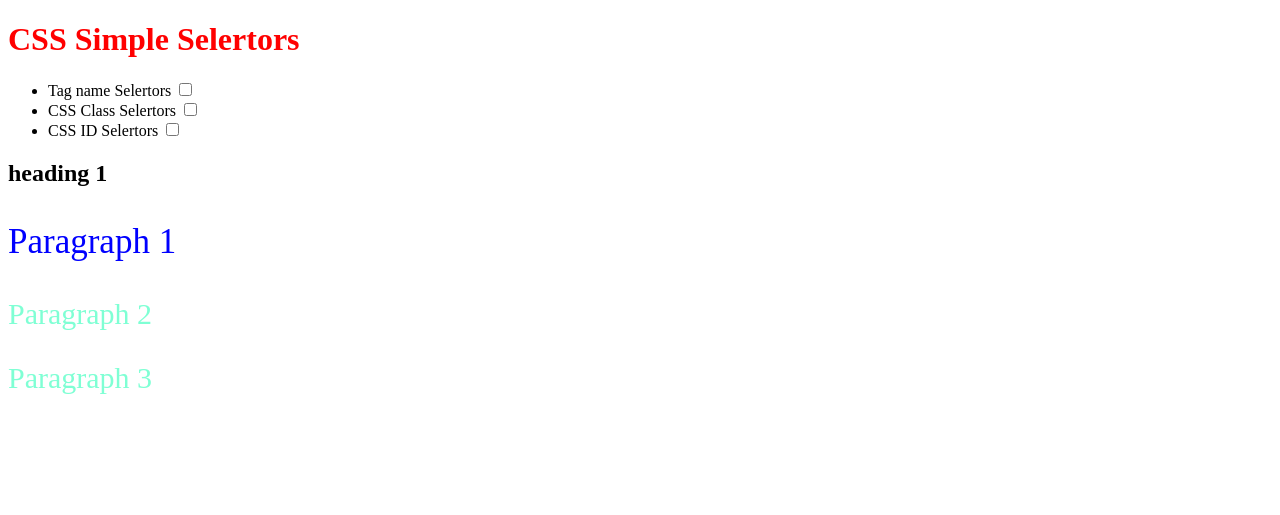
Repository: phanvu0103/HTML-CSS
Page: CSS_24_CSS-Selertors-là_gì/02_Simple_Selertors/index.html
These files come from the project's save history. The page is drawn as it stood at one moment and after the next save; the edit follows.
The browser window is 1280 px wide. The pictures show the whole page.

Above is the page before, as saved 2022-10-19 10:47:52.

After the next save:
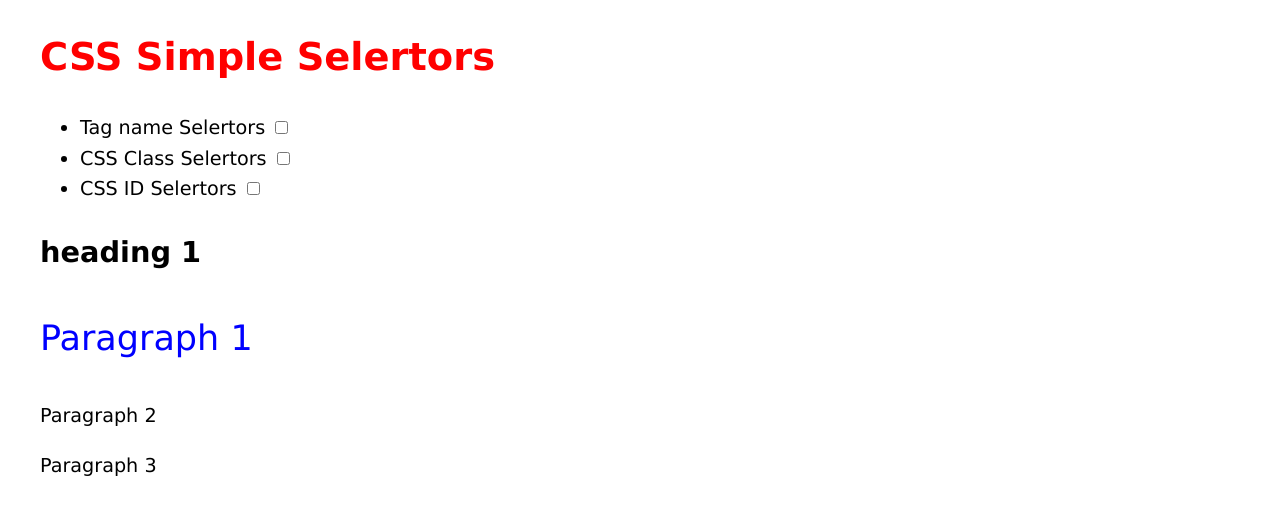
Saved 8 min 23 s later.
--- a/CSS_24_CSS-Selertors-là_gì/02_Simple_Selertors/style.css
+++ b/CSS_24_CSS-Selertors-là_gì/02_Simple_Selertors/style.css
@@ -1,11 +1,18 @@
+body{
+    padding-left: 32px;
+    font-size: 120%;
+    line-height: 1.6;
+    font-family:  Verdana, Geneva, Tahoma, sans-serif;
+}
 h1 {
   color: red;
 }
-.text {
-  color: aquamarine;
-  font-size: 30px;
-}
+
 #heading {
   color: blue;
   font-size: 35px;
 }
+.color-red{
+    color: red;
+    lar
+}
